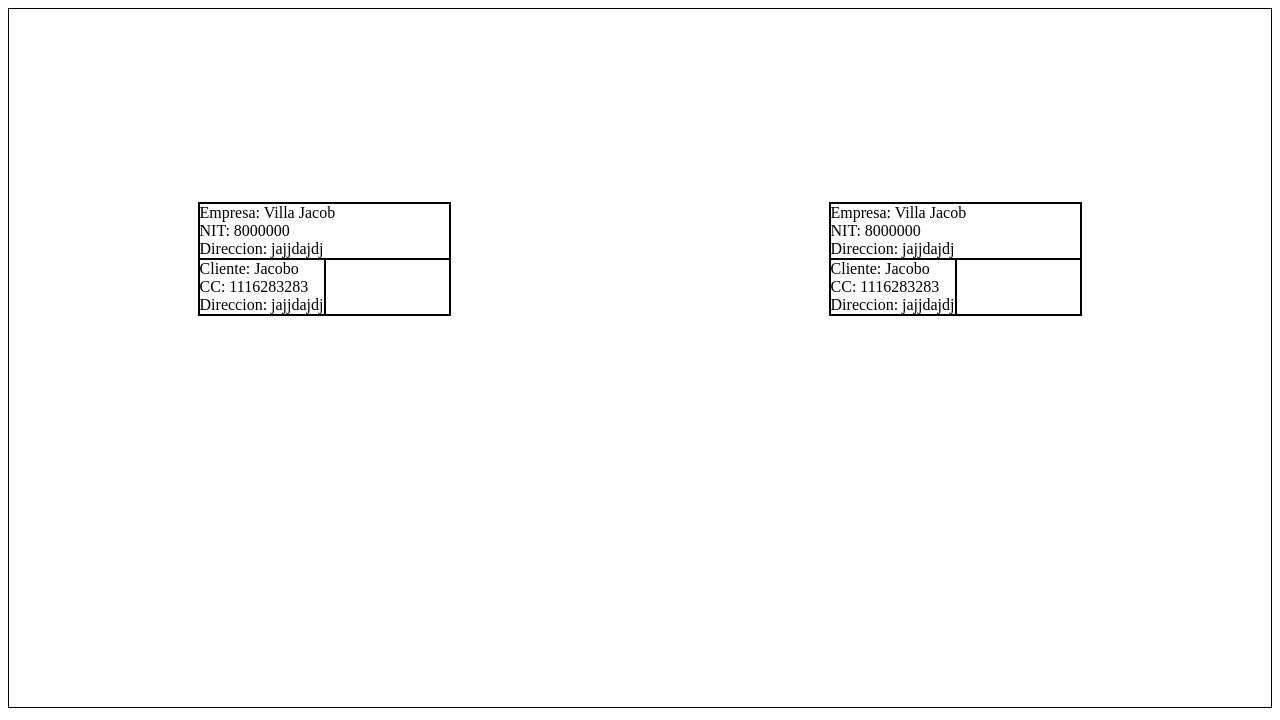
Repository: MrVanQish/FacturaEstructura
Page: index.html
An editor plug-in stored every save of this project. The page is shown before and after the next save, followed by the edit.
The browser window is 1280 px wide. The pictures show the whole page.

Above is the page before, as saved 2021-09-29 09:38:16.

After the next save:
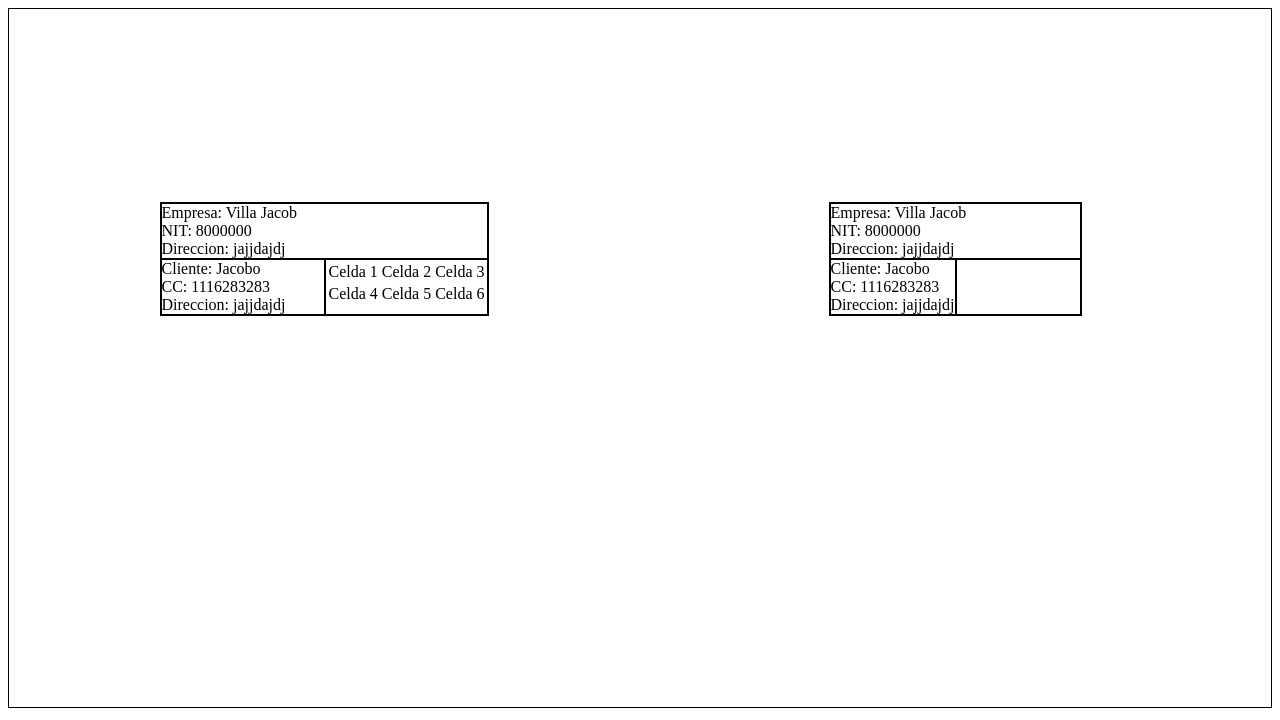
Saved 7 min 24 s later.
--- a/index.html
+++ b/index.html
@@ -27,6 +27,30 @@
                     Direccion: jajjdajdj
                 </div>
                 <div class="items-f">
+
+                    <table class="default">
+
+                        <tr>
+
+                          <td>Celda 1</td>
+
+                          <td>Celda 2</td>
+
+                          <td>Celda 3</td>
+
+                        </tr>
+
+                        <tr>
+
+                          <td>Celda 4</td>
+
+                          <td>Celda 5</td>
+
+                          <td>Celda 6</td>
+
+                        </tr>
+
+                      </table>
 
 
 
